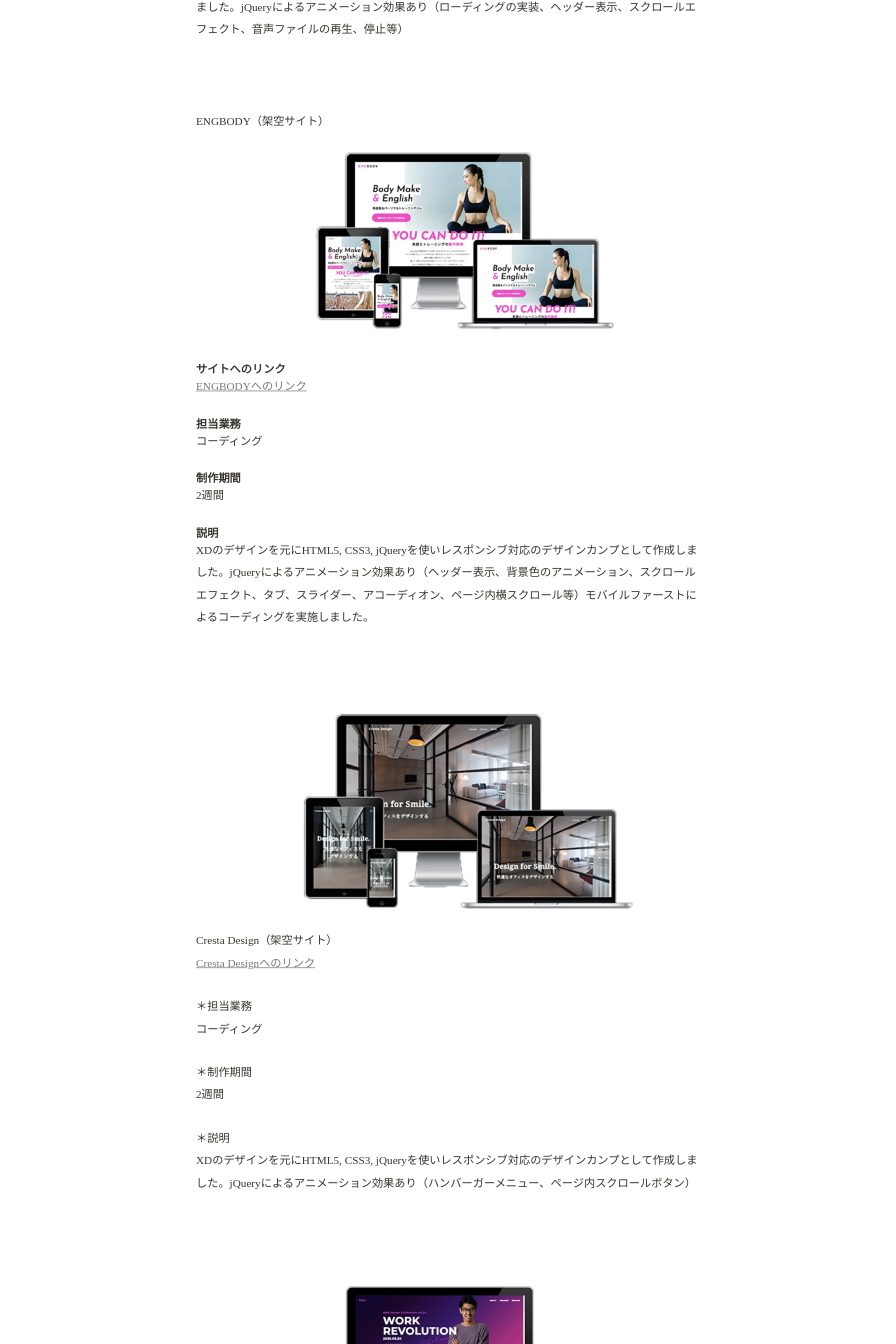
Repository: tetishi/my-portfolio
Page: index.html
An editor plug-in stored every save of this project. The page is shown before and after a run of saves, followed by the edit.
The browser window is 1280 px wide. The pictures show the part of the page from y = 4580 to 6500 px (the page is 11515 px tall), at 70% of full size.
The style sheet was rebuilt from its Sass, Less or Tailwind sources for each picture, by a compiler version that may differ from the author's.

Above is the page before, as saved 2024-05-19 15:54:05.

### index.html
<!DOCTYPE html>
<html lang="ja">

<head>
    <meta name="robots" content="noindex">
    <meta charset="UTF-8">
    <meta name="viewport" content="width=device-width, initial-scale=1.0">
    <meta http-equiv="X-UA-Compatible" content="ie=edge">
    <meta property="og:title" content="石田哲朗のポートフォリオ" />
    <meta property="og:type" content="website" />
    <meta property="og:url" content="http://tetsuroishida.com/" />
    <meta property="og:image" content="#" />
    <meta property="og:site_name" content="ポートフォリオ" />
    <meta property="og:description" content="石田哲朗のポートフォリオです。過去の作品、スキル、使用ツール、自己紹介を掲載しております。" />
    <title>石田哲朗のポートフォリオ</title>
    <link rel="stylesheet" href="reset.css">
    <link rel="stylesheet" href="style.css">
    <link rel="icon" href="img/favicon.ico">
</head>

<body>
    <header class="header">
        <div class="header-inner">
            <h1 class="logo">
                <a href="/">
                    <img class="logo_img" src="img/favicon.png" alt="">
                </a>
            </h1>
            <nav class="header-nav">
                <ul class="header-ul">
                    <li class="header-li">
                        <a href="#">過去の作品</a>
                    </li>
                    <li class="header-li">
                        <a href="#">スキル</a>
                    </li>
                    <li class="header-li">
                        <a href="#">使用ツール</a>
                    </li>
                    <li class="header-li">
                        <a href="#">私について</a>
                    </li>
                </ul>
            </nav>
            <button class="mobile-menu_btn">
                <span></span>
                <span></span>
                <span></span>
            </button>
            <div class="mobile-header">
                <nav class="mobile-header_nav">
                    <ul class="mobile-header_ul">
                        <li class="mobile-header_li">
                            <a href="#">過去の作品</a>
                        </li>
                        <li class="mobile-header_li">
                            <a href="#">スキル</a>
                        </li>
                        <li class="mobile-header_li">
                            <a href="#">使用ツール</a>
                        </li>
                        <li class="mobile-header_li">
                            <a href="#">私について</a>
                        </li>
                    </ul>
                </nav>
            </div>
        </div>
    </header>

    <main>

        <section>
            <!-- ここ記入 -->
            <h1>ポートフォリオ<br class="d-none">（石田 哲朗）</h1>
            <p>お忙しい中 ご覧頂きありがとうございます。</p>
            <p>以下、過去の作品でございます。</p>
            <!-- ここ記入 -->
            <!-- <p>ベーシック認証がかかっているものは<br>ID aaa<br>パスワード aaa<br> です。</p> -->
        </section>
        <section>

            <h2>過去の作品</h2>
            <h3 class="sub-tit">LP作成</h3>

            <!-- １作品目 -->
            <div class="work">
                <!-- ここ記入 -->
                <h3 class="work_tit">UNIVERSAL HOLDINGS様／山中湖オリオン</h3>

                <!-- サイトのイメージ写真を入れます -->
                <a class="work_img-link" target="_blank" href="https://orion.universalholdings.jp/">
                    <picture>
                        <source srcset="img/universal-holdings@2x.webp" type="image/webp">
                        <img src="img/universal-holdings@2x.png">
                    </picture>
                </a>
                <p>
                    UNIVERSAL HOLDINGS様の貸別荘ビジネス「山中湖オリオン」についてのLP（ランディングページ）を制作致しました。<br>
                    「山中湖オリオン」は優れた強固な構造が特徴で、長期の運用が可能なフィンランドログを使用した貸別荘です。<br>
                </p>
                <h3 class="details">サイトへのリンク</h3>
                <!-- ここ記入 -->
                <p class="work_link"><a target="_blank" rel="noopener noreferrer" href="https://orion.universalholdings.jp/">UNIVERSAL HOLDINGS様／山中湖オリオンのLPへのリンク</a></p>
                <p class="work_link"><a target="_blank" rel="noopener noreferrer" href="https://orion-salon.universalholdings.jp/">UNIVERSAL HOLDINGS様／山中湖オリオン ABテスト用LPへのリンク</a></p>

                <h3 class="details">担当業務</h3>
                <p>コーディング / WordPress</p>
                <h3 class="details">サイトの目的</h3>
                <p>共同事業パートナーの募集 / 事業の認知</p>
                <h3 class="details">制作期間</h3>
                <!-- ここ記入 -->
                <p>約5日（コーディング / WordPress）</p>
                <h3 class="details">説明</h3>
                <!-- ここ記入 -->
                <p>
                    UNIVERSAL HOLDINGS様の貸別荘ビジネス「山中湖オリオン」についてのLP（ランディングページ）を制作致しました。<br>
                    「山中湖オリオン」は優れた強固な構造が特徴で、長期の運用が可能なフィンランドログを使用した貸別荘です。<br>
                    デザインパートナーにてデザインを作成、Photoshopのデザインを元にHTML5, CSS3, JavaScript(jQuery)を使用しLPをコーディング、WordPress化致しました。<br>
                    ・ユーザーにとってクリックしやすくなるように、ボタンは光るようにコーディングしております。<br>
                    ・ABテスト用に一部異なるデザインのLPも制作致しました。
                </p>
            </div>


            <!-- 2作品目 -->
            <div class="work">
                <!-- ここ記入 -->
                <h3 class="work_tit">合同会社シュアーズ様／AIオートメーションシステムのLP</h3>

                <!-- サイトのイメージ写真を入れます -->
                <a class="work_img-link" target="_blank" href="https://sedori-go.com/automation-b/">
                    <picture>
                        <source srcset="img/automation-b@2x.webp" type="image/webp">
                        <img src="img/automation-b@2x.png">
                    </picture>
                </a>
                <!-- ここ記入 -->
                <p>
                    合同会社シュアーズ様のAIオートメーションシステムについてのLP（ランディングページ）を制作致しました。<br>
                    平凡なサラリーマンがネット販売で独立を叶え、起業初年度に「1億円」を叶えた特効薬（秘密）を初公開しております。
                </p>

                <h3 class="details">サイトへのリンク</h3>
                <p class="work_link"><a target="_blank" rel="noopener noreferrer" href="https://sedori-go.com/automation-b/">AIオートメーションシステムのLPへのリンク</a></p>

                <h3 class="details">担当業務</h3>
                <p>コーディング / ディレクション</p>

                <h3 class="details">サイトの目的</h3>
                <p>サービスの認知 / 新規クライアントの獲得</p>

                <h3 class="details">制作期間</h3>
                <!-- ここ記入 -->
                <p>5日（コーディング / ディレクション）</p>

                <h3 class="details">説明</h3>
                <!-- ここ記入 -->
                <p>デザインパートナーにてデザインを作成、Figmaのデザインを元にHTML5、CSS3、JavaScript（jQuery）を使いレスポンシブ対応のLPを制作致しました。<br>
                    ・MyASPを使用し、メール配信機能を実装しました。<br>
                    ・お客様とデザイナーの間に立ち、お客様のご要望が上手くデザイナーに伝わるように、ディレクション業務も行いました。
                </p>
            </div>

            <!-- 3作品目 -->
            <div class="work">
                <h3 class="work_tit">合同会社シュアーズ様／AIオートメーションのLP</h3>

                <!-- サイトのイメージ写真を入れます -->
                <a class="work_img-link" target="_blank" href="https://sedori-go.com/automationlp/">
                    <picture>
                        <source srcset="img/automation-a@2x.webp" type="image/webp">
                        <img src="img/automation-a@2x.png">
                    </picture>
                </a>
                <!-- ここ記入 -->
                <p>
                    合同会社シュアーズ様のAIオートメーションシステムについてのLP（ランディングページ）を制作致しました。<br>
                    自分でリサーチしない、勝手に利益商品をみつけてくれるAIオートメーションシステムです。
                </p>

                <h3 class="details">サイトへのリンク</h3>
                <p class="work_link"><a target="_blank" rel="noopener noreferrer" href="https://sedori-go.com/automationlp/">AIオートメーションのLPへのリンク</a></p>

                <h3 class="details">担当業務</h3>
                <p>コーディング / ディレクション</p>

                <h3 class="details">サイトの目的</h3>
                <p>サービスの認知 / 新規クライアントの獲得</p>

                <h3 class="details">制作期間</h3>
                <!-- ここ記入 -->
                <!-- <p>11日（6日デザイン、5日コーディング）</p> -->
                <p>5日（コーディング / ディレクション）</p>

                <h3 class="details">説明</h3>
                <!-- ここ記入 -->
                <p>デザインパートナーにてデザインを作成、Figmaのデザインを元にHTML5、CSS3、JavaScript（jQuery）を使いレスポンシブ対応のLPを制作致しました。<br>
                    ・MyASPを使用し、メール配信機能を実装しました。<br>
                    ・お客様とデザイナーの間に立ち、お客様のご要望が上手くデザイナーに伝わるように、ディレクション業務も行いました。
                </p>
            </div>

            <!-- 4作品目 -->
            <div class="work">
                <!-- ここ記入 -->
                <h3 class="work_tit">Planet Hunters（架空サイト）</h3>

                <!-- サイトのイメージ写真を入れます -->
                <a class="work_img-link" target="_blank" href="https://tetishi.github.io/planet-hunters/">
                    <picture>
                        <source srcset="img/planet-hunters@2x.webp" type="image/webp">
                        <img src="img/planet-hunters@2x.png">
                    </picture>
                </a>
                <!-- ここ記入 -->
                <h3 class="details">サイトへのリンク</h3>
                <p class="work_link"><a target="_blank" rel="noopener noreferrer" href="https://tetishi.github.io/planet-hunters/">Planet Huntersへのリンク</a></p>

                <h3 class="details">担当業務</h3>
                <p>コーディング</p>

                <h3 class="details">制作期間</h3>
                <!-- ここ記入 -->
                <p>1週間</p>

                <h3 class="details">説明</h3>
                <!-- ここ記入 -->
                <p>Figmaのデザインを元にHTML5, CSS3, jQueryを使いレスポンシブ対応のデザインカンプとして作成しました。jQueryによるアニメーション効果あり（ローディングの実装、ヘッダー表示、スクロールエフェクト、音声ファイルの再生、停止等）</p>
            </div>

            <!-- 5作品目 -->
            <div class="work">
                <!-- ここ記入 -->
                <p class="work_tit">ENGBODY（架空サイト）</p>

                <!-- サイトのイメージ写真を入れます -->
                <a class="work_img-link" target="_blank" href="https://tetishi.github.io/engbody/">
                    <picture>
                        <source srcset="img/engbody@2x.webp" type="image/webp">
                        <img src="img/engbody@2x.png">
                    </picture>
                </a>
                <!-- ここ記入 -->
                <h3 class="details">サイトへのリンク</h3>
                <p class="work_link"><a target="_blank" rel="noopener noreferrer" href="https://tetishi.github.io/engbody/">ENGBODYへのリンク</a></p>

                <h3 class="details">担当業務</h3>
                <p>コーディング</p>

                <h3 class="details">制作期間</h3>
                <!-- ここ記入 -->
                <p>2週間</p>
                <h3 class="details">説明</h3>
                <!-- ここ記入 -->
                <p>XDのデザインを元にHTML5, CSS3, jQueryを使いレスポンシブ対応のデザインカンプとして作成しました。jQueryによるアニメーション効果あり（ヘッダー表示、背景色のアニメーション、スクロールエフェクト、タブ、スライダー、アコーディオン、ページ内横スクロール等）モバイルファーストによるコーディングを実施しました。</p>
            </div>

            <!-- 　6作品目 -->
            <div class="work">
                <!-- サイトのイメージ写真を入れます -->
                <picture>
                    <source srcset="img/cresta-design@2x.webp" type="image/webp">
                    <img src="img/cresta-design@2x.png">
                </picture>
                <!-- ここ記入 -->
                <p class="work_tit">Cresta Design（架空サイト）</p>
                <!-- ここ記入 -->
                <p class="work_link"><a target="_blank" rel="noopener noreferrer" href="https://tetishi.github.io/cresta-design/">Cresta Designへのリンク</a></p>
                <p class="details">＊担当業務</p>
                <p>コーディング</p>
                <p class="details">＊制作期間</p>
                <!-- ここ記入 -->
                <p>2週間</p>
                <p class="details">＊説明</p>
                <!-- ここ記入 -->
                <p>XDのデザインを元にHTML5, CSS3, jQueryを使いレスポンシブ対応のデザインカンプとして作成しました。jQueryによるアニメーション効果あり（ハンバーガーメニュー、ページ内スクロールボタン）</p>
            </div>

            <!-- 　7作品目 -->
            <div class="work">
                <!-- サイトのイメージ写真を入れます -->
                <picture>
                    <source srcset="img/wdc@2x.webp" type="image/webp">
                    <img src="img/wdc@2x.png">
                </picture>
                <!-- ここ記入 -->
                <p class="work_tit">WDC（架空サイト）</p>
                <!-- ここ記入 -->
                <p class="work_link"><a target="_blank" rel="noopener noreferrer" href="https://tetishi.github.io/wdc/">WDCへのリンク</a></p>
                <p class="details">＊担当業務</p>
                <p>コーディング</p>
                <p class="details">＊制作期間</p>
                <!-- ここ記入 -->
                <p>2週間</p>
                <p class="details">＊説明</p>
                <!-- ここ記入 -->
                <p>XDのデザインを元にHTML5, CSS3, jQueryを使いレスポンシブ対応のデザインカンプとして作成しました。jQueryによるアニメーション効果あり（ページ内スクロールボタン、トップに戻るボタン）</p>
            </div>

            <!-- 　8作品目 -->
            <div class="work">
                <!-- サイトのイメージ写真を入れます -->
                <picture>
                    <source srcset="img/munchkin@2x.webp" type="image/webp">
                    <img src="img/munchkin@2x.png">
                </picture>
                <!-- ここ記入 -->
                <p class="work_tit">MUNCHKIN（架空サイト）</p>
                <!-- ここ記入 -->
                <p class="work_link"><a target="_blank" rel="noopener noreferrer" href="https://tetishi.github.io/munchkin2/">MUNCHKINへのリンク</a></p>
                <p class="details">＊担当業務</p>
                <p>コーディング</p>
                <p class="details">＊制作期間</p>
                <!-- ここ記入 -->
                <p>1週間</p>
                <p class="details">＊説明</p>
                <!-- ここ記入 -->
                <p>XDのデザインを元にHTML5, CSS3, jQueryを使いレスポンシブ対応のデザインカンプとして作成しました。jQueryによるアニメーション効果あり（ハンバーガーメニュー、スクロールボタン）</p>
            </div>


            <h3 class="sub-tit">コーポレイトサイト作成</h3>
            <!-- 　1作品目 -->
            <div class="work">
                <!-- サイトのイメージ写真を入れます -->
                <picture>
                    <source srcset="img/pon-design@2x.webp" type="image/webp">
                    <img src="img/pon-design@2x.png">
                </picture>
                <!-- ここ記入 -->
                <p class="work_tit">PON DESIGN（架空サイト）</p>
                <!-- ここ記入 -->
                <p class="work_link"><a target="_blank" rel="noopener noreferrer" href="https://tetishi.github.io/pon-design/">PON DESIGNへのリンク</a></p>
                <p class="details">＊担当業務</p>
                <p>コーディング</p>
                <p class="details">＊制作期間</p>
                <!-- ここ記入 -->
                <p>約18日</p>
                <p class="details">＊説明</p>
                <!-- ここ記入 -->
                <p>XDのデザインを元にHTML5, CSS3, jQueryを使いレスポンシブ対応のデザインカンプとして作成しました。jQueryによるアニメーション効果あり（ハンバーガーメニュー、スライダー等）</p>
            </div>


            <!-- 　2作品目 -->
            <div class="work">
                <!-- サイトのイメージ写真を入れます -->
                <picture>
                    <source srcset="img/start@2x.webp" type="image/webp">
                    <img src="img/start@2x.png">
                </picture>
                <!-- ここ記入 -->
                <p class="work_tit">START（架空サイト）</p>
                <!-- ここ記入 -->
                <p class="work_link"><a target="_blank" rel="noopener noreferrer" href="https://tetishi.github.io/">STARTへのリンク</a></p>
                <p class="details">＊担当業務</p>
                <p>コーディング</p>
                <p class="details">＊制作期間</p>
                <!-- ここ記入 -->
                <p>1週間</p>
                <p class="details">＊説明</p>
                <!-- ここ記入 -->
                <p>XDのデザインを元にHTML5, CSS3, jQueryを使いレスポンシブ対応のデザインカンプとして作成しました。jQueryによるアニメーション効果あり（ハンバーガーメニュー）</p>
            </div>

            <!-- <div class="work"> -->
                <!-- サイトのイメージ写真を入れます -->
                <!-- <picture>
                    <source srcset="img/#" type="image/webp">
                    <img src="img/#">
                </picture> -->
                <!-- ここ記入 -->
                <!-- <p class="work_tit">ここに作品のタイトルを入れます</p> -->
                <!-- ここ記入 -->
                <!-- <p class="work_link"><a target="_blank" rel="noopener noreferrer" href="#">ここにリンクを入れます</a></p>
                <p class="details">＊担当業務</p>
                <p>コーディング</p>
                <p class="details">＊制作期間</p> -->
                <!-- ここ記入 -->
                <!-- <p>○週間</p>
                <p class="details">＊説明</p> -->
                <!-- ここ記入 -->
                <!-- <p>ここに説明文を入れます</p>
            </div> -->


        </section>
        <section>
            <h2>スキル</h2>
            <h3 class="info-tit">使用言語</h3>
            <p>HTML / CSS / Sass / Javascript / SEO / PHP</p>
            <h3 class="info-tit">フレ-ムワーク</h3>
            <p>jQuery / WordPress</p>
        </section>
        <section>
            <h2>使用ツール</h2>
            <h3 class="info-tit">エディター</h3>
            <p>Visual Studio Code</p>
            <h3 class="info-tit">テストサーバー</h3>
            <p>シン・クラウド for Free / エックスフリー</p>
            <h3 class="info-tit">バージョン管理ツール</h3>
            <p>GitHub</p>
            <h3 class="info-tit">連絡ツール</h3>
            <p>slack / Chatwork</p>
        </section>
        <section>
            <h2>私について</h2>
            <!-- 自分の写真を入れます -->
            <picture>
                <source srcset="img/myself.webp" type="image/webp">
                <img class="people" src="img/myself.jpeg">
            </picture>
            <!-- <img class="people" src="img/myself.jpeg"> -->
            <h3 class="info-tit">名前</h3>
            <!-- ここ記入 -->
            <p>石田 哲朗</p>
            <h3 class="info-tit">生年月日</h3>
            <!-- ここ記入 -->
            <p>1992年11月12日</p>
            <h3 class="info-tit">出身</h3>
            <!-- ここ記入 -->
            <p>奈良県</p>
            <h3 class="info-tit">経歴</h3>
            <!-- ここ記入 -->
            <ul class="carrier-list">
                <li class="carrier-item">
                    <p class="carrier-year">2015</p>
                    <p class="carrier-content">大阪の大学を経済学部で卒業</p>
                </li>
                <li class="carrier-item">
                    <p class="carrier-year">2015 - 2017</p>
                    <p class="carrier-content">アメリカ、ロサンゼルスの語学学校で英語を学ぶ</p>
                </li>
                <li class="carrier-item">
                    <p class="carrier-year">2017 - 2019</p>
                    <p class="carrier-content">カリフォルニア州オークランドにあるLaney Collegeにてコンピュータプログラミング専攻し卒業</p>
                </li>
                <li class="carrier-item">
                    <p class="carrier-year">2019</p>
                    <p class="carrier-content">フリーランスのWebエンジニアとして活動</p>
                </li>
                <li class="carrier-item">
                    <p class="carrier-year">2019 - 2020</p>
                    <p class="carrier-content">プログラミングスクールにてRuby on Ralisなどを学び実際に業務としてWeb開発を実施</p>
                </li>
                <li class="carrier-item">
                    <p class="carrier-year">2021 ~ 2023</p>
                    <p class="carrier-content">ネットワークエンジニアとして勤務</p>
                </li>
                <li class="carrier-item">
                    <p class="carrier-year">2022 ~ 現在</p>
                    <p class="carrier-content">フリーランスのWebエンジニアとして活動中</p>
                </li>
            </ul>
        </section>



    </main>

    <footer class="footer">
        <div class="footer-copyright">
            <p>
                © 2023 Tetsuro Ishida's portfolio All rights reserved
            </p>
        </div>
    </footer>

</body>

</html>

### reset.css
/*
html5doctor.com Reset Stylesheet
v1.6.1
Last Updated: 2010-09-17
Author: Richard Clark - http://richclarkdesign.com
Twitter: @rich_clark
*/

html,
body,
div,
span,
object,
iframe,
h1,
h2,
h3,
h4,
h5,
h6,
p,
blockquote,
pre,
abbr,
address,
cite,
code,
del,
dfn,
em,
img,
ins,
kbd,
q,
samp,
small,
strong,
sub,
sup,
var,
b,
i,
dl,
dt,
dd,
ol,
ul,
li,
fieldset,
form,
label,
legend,
table,
caption,
tbody,
tfoot,
thead,
tr,
th,
td,
article,
aside,
canvas,
details,
figcaption,
figure,
footer,
header,
hgroup,
menu,
nav,
section,
summary,
time,
mark,
audio,
video {
    margin: 0;
    padding: 0;
    border: 0;
    outline: 0;
    font-size: 100%;
    vertical-align: baseline;
    background: transparent;
}

body {
    line-height: 1;
}

article,
aside,
details,
figcaption,
figure,
footer,
header,
hgroup,
menu,
nav,
section {
    display: block;
}

nav ul {
    list-style: none;
}

blockquote,
q {
    quotes: none;
}

blockquote:before,
blockquote:after,
q:before,
q:after {
    content: '';
    content: none;
}

a {
    margin: 0;
    padding: 0;
    font-size: 100%;
    vertical-align: baseline;
    background: transparent;
}


/* change colours to suit your needs */

ins {
    background-color: #ff9;
    color: #000;
    text-decoration: none;
}


/* change colours to suit your needs */

mark {
    background-color: #ff9;
    color: #000;
    font-style: italic;
    font-weight: bold;
}

del {
    text-decoration: line-through;
}

abbr[title],
dfn[title] {
    border-bottom: 1px dotted;
    cursor: help;
}

table {
    border-collapse: collapse;
    border-spacing: 0;
}


/* change border colour to suit your needs */

hr {
    display: block;
    height: 1px;
    border: 0;
    border-top: 1px solid #cccccc;
    margin: 1em 0;
    padding: 0;
}

input,
select {
    vertical-align: middle;
}


/*end reset css*/

Loaded but not shown: style.scss (210 lines, source omitted)

After the next 2 saves:
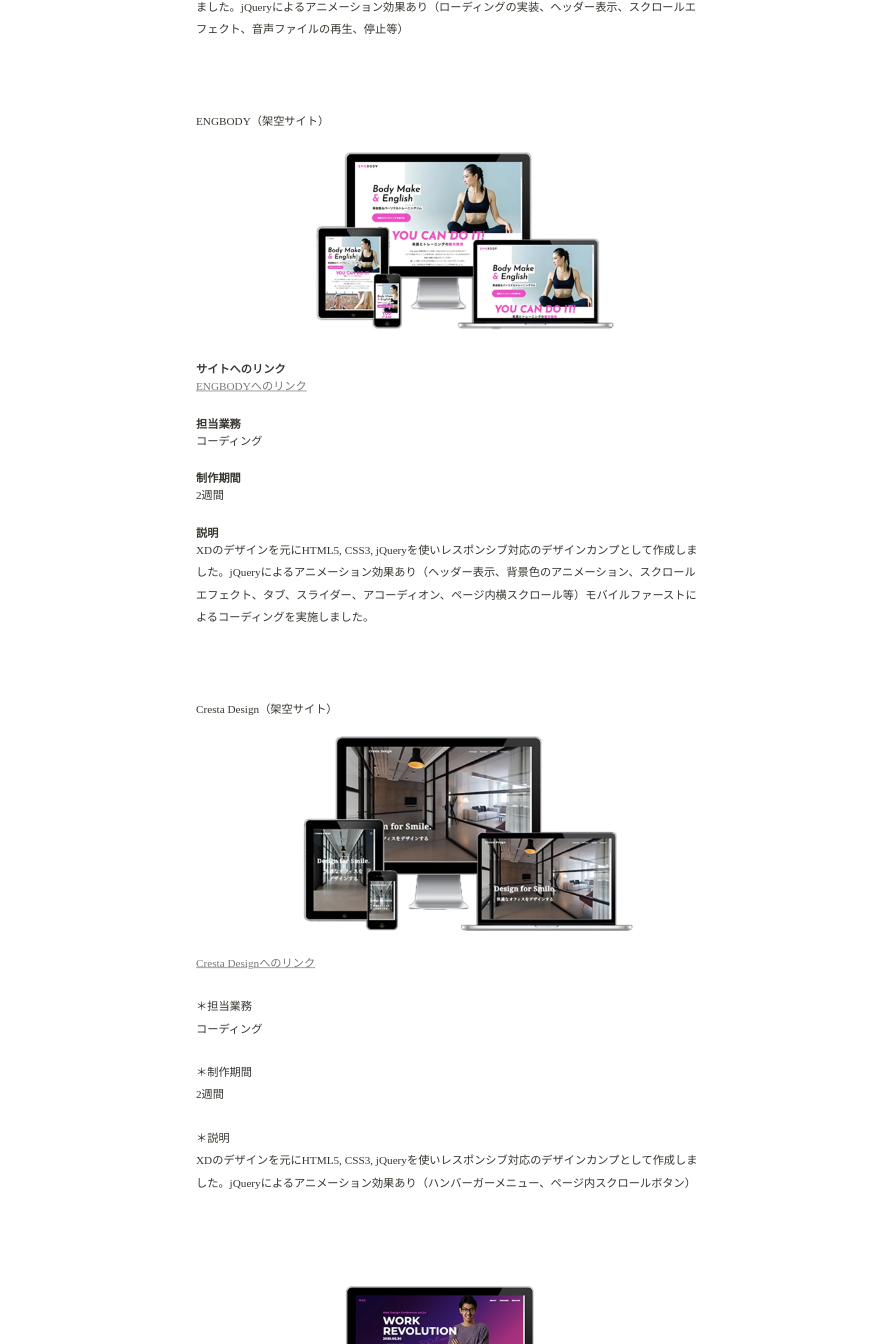
The 2 saves are shown as one change because they came seconds apart.
The last was saved 12 s later.
--- a/index.html
+++ b/index.html
@@ -258,13 +258,14 @@
 
             <!-- 　6作品目 -->
             <div class="work">
+                                <!-- ここ記入 -->
+                                <p class="work_tit">Cresta Design（架空サイト）</p>
+
                 <!-- サイトのイメージ写真を入れます -->
                 <picture>
                     <source srcset="img/cresta-design@2x.webp" type="image/webp">
                     <img src="img/cresta-design@2x.png">
                 </picture>
-                <!-- ここ記入 -->
-                <p class="work_tit">Cresta Design（架空サイト）</p>
                 <!-- ここ記入 -->
                 <p class="work_link"><a target="_blank" rel="noopener noreferrer" href="https://tetishi.github.io/cresta-design/">Cresta Designへのリンク</a></p>
                 <p class="details">＊担当業務</p>
